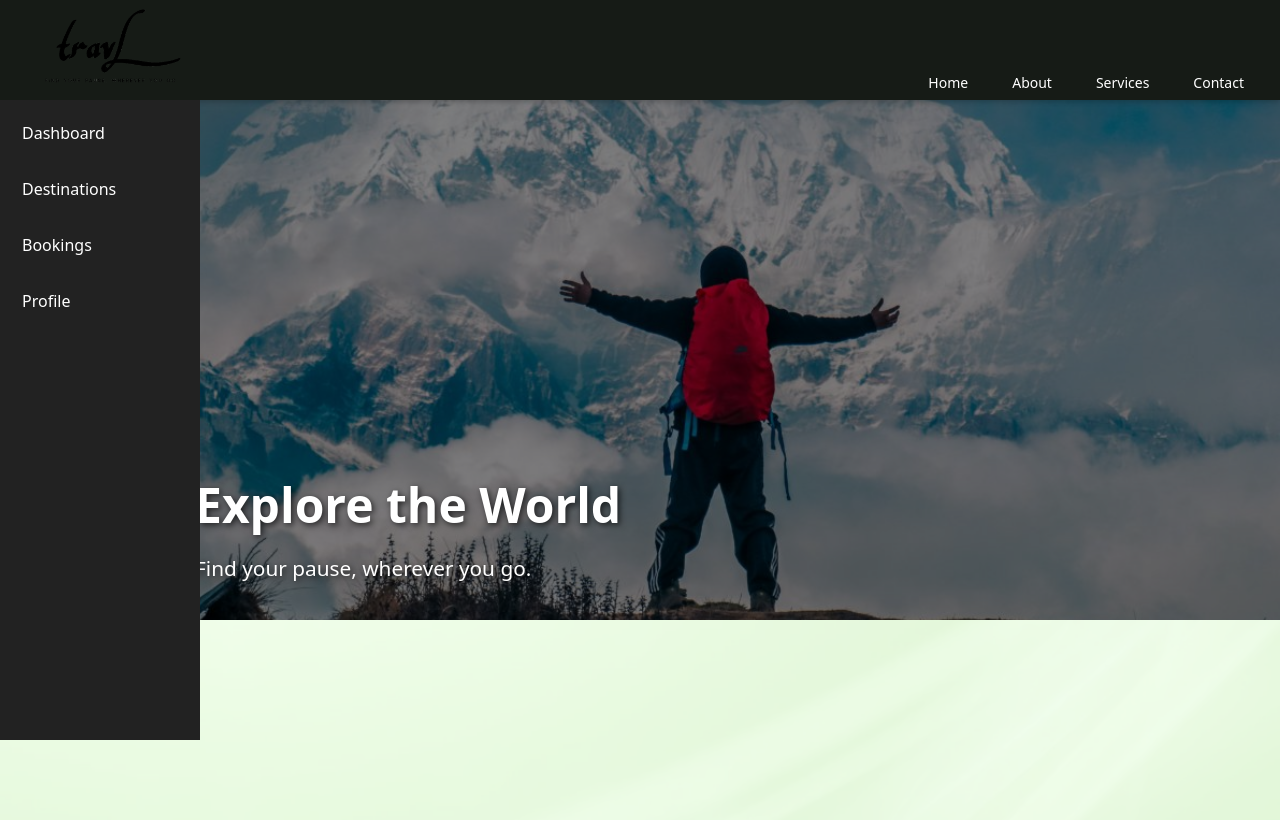
Repository: Nakib-Arman/Javafest25---travL
Page: / (app in Frontend/)
An editor plug-in stored every save of this project. The page is shown before and after a run of saves, followed by the edit.
The browser window is 1280 px wide. The pictures show the whole page.
Pictures or frames that could not be fetched are drawn as grey boxes. The project was rebuilt for these pictures with package versions that can differ from the ones it lists, and the page was loaded fresh each time. Also part of the build but not shown: Frontend/vite.config.js.

Above is the page before, as saved 2025-08-13 01:12:25.

After the next 2 saves:
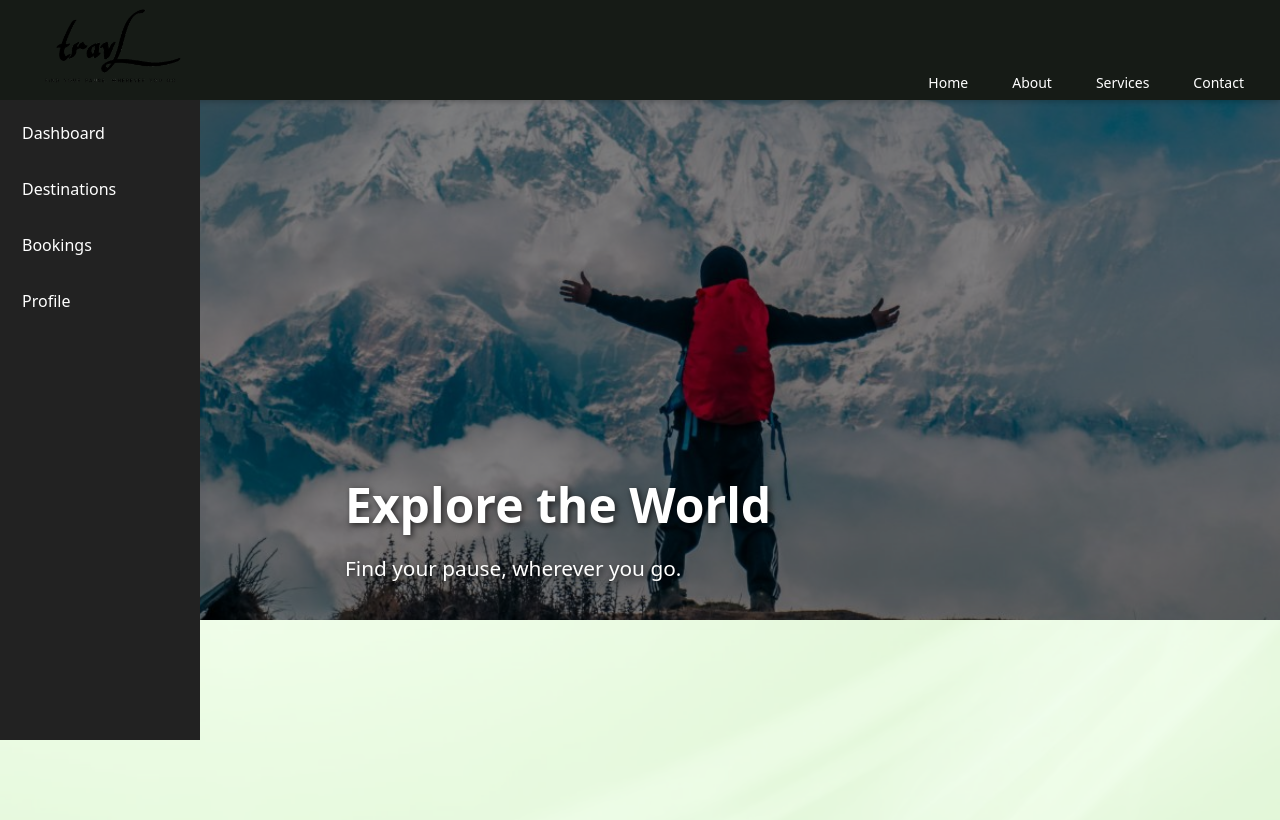
The 2 saves are shown as one change because they came seconds apart.
The last was saved 20 s later.
--- a/Frontend/src/CSS/Home.css
+++ b/Frontend/src/CSS/Home.css
@@ -62,7 +62,7 @@
 .overlay-text {
     position: absolute;
   bottom: 15px;
-  left: 15px;
+  left: 15%;
   transform: none;
   text-align: left;
   color: white;
